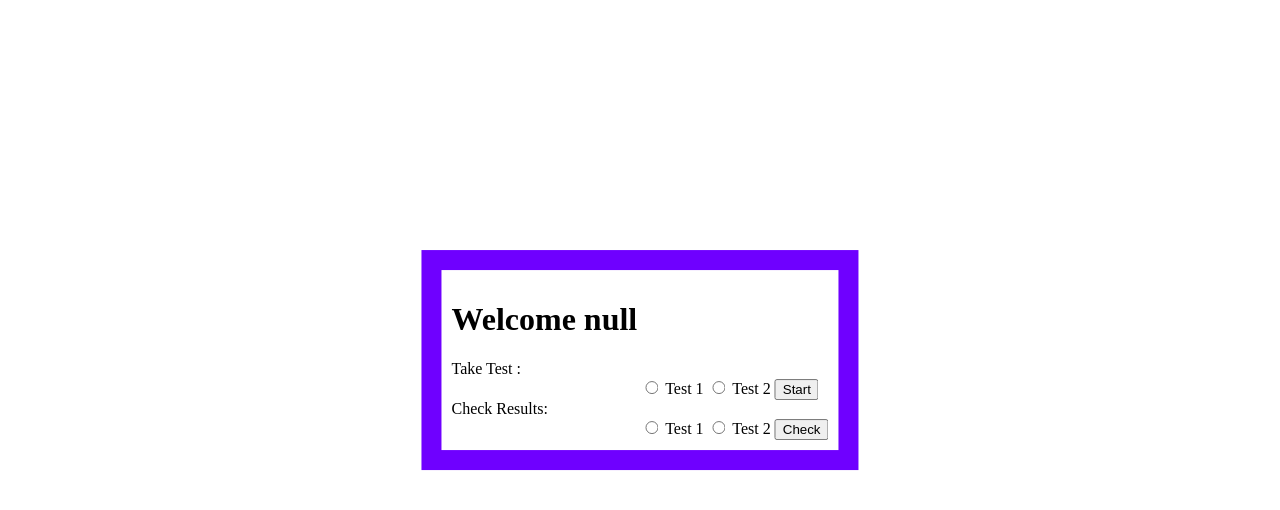
Repository: MriOj/OnlineExamPortal
Page: http://localhost/ExamPortal/sloginconf.jsp
The author's editor kept a copy of each file at every save. The page is drawn from the files as they stood at one save, then again after the next save.
The browser window is 1280 px wide. The pictures show the whole page.
The page is served by Tomcat 9. Other server files are loaded and not shown. The template is opened directly, without the code that normally fills it, so the values that code supplies are empty.

Above is the page before, as saved 2021-09-07 04:15:09.

### ExamPortal/src/main/webapp/sloginconf.jsp
<%@ page language="java" contentType="text/html; charset=ISO-8859-1"
    pageEncoding="ISO-8859-1"%>
<!DOCTYPE html>
<html>
<head>
<meta charset="ISO-8859-1">
<title>Welcome</title>
<link rel="stylesheet" href="css/sloginconf.css">
</head>
<body>
<div class="center">

<h1> Welcome <%{out.println(request.getAttribute("student"));} %> </h1>

<form action="test" method="post">

<label> Take Test :</label><br>

<input type="text" name="userid" value=<%{out.println(request.getAttribute("userid"));} %>>

    <input type="radio"  name="test" value="1" > Test 1
    <input type="radio" name="test"  value="2" > Test 2
    <input type="submit" value="Start">
</form>

<form action="results" method="post">

<label>Check Results:</label><br>
<input type="text" name="userid" value=<%{out.println(request.getAttribute("userid"));} %>>

    <input type="radio"  name="test" value="1"> Test 1
    <input type="radio" name="test" value="2" > Test 2
    <input type="submit" value="Check">

</form>
</div>

</body>
</html>

### ExamPortal/src/main/webapp/css/sloginconf.css
.center {
  position: absolute;
  left: 50%;
  top: 50%;
  transform: translate(-50%, -50%);
  border: 20px solid #6f00ff;
  padding: 10px;
  }
  input[type=text]{
    visibility:hidden;
  }

After the next save:
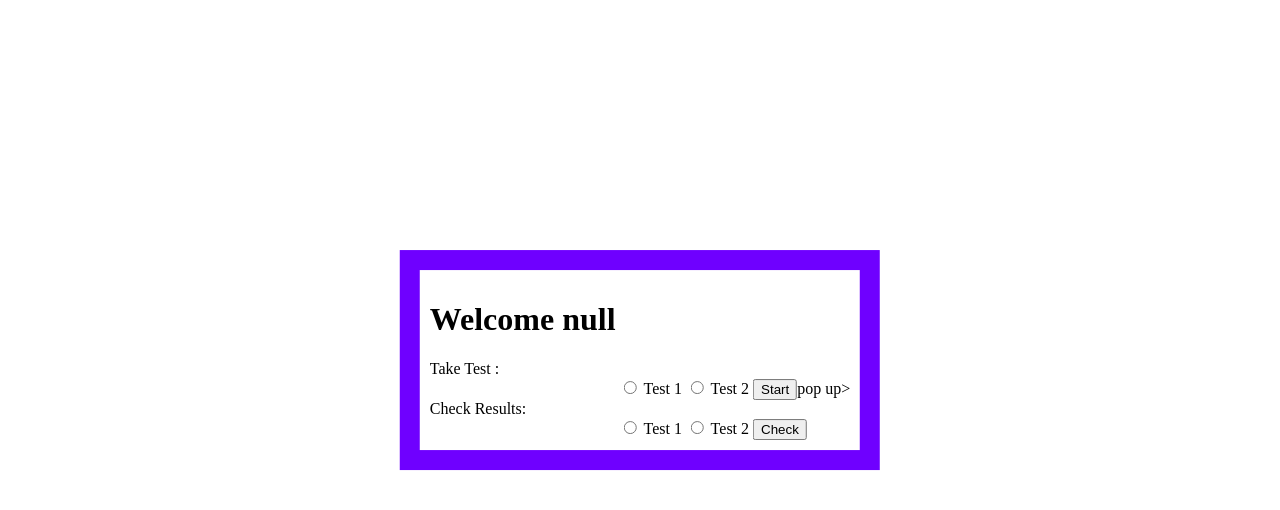
Saved 45 min 54 s later.
--- a/ExamPortal/src/main/webapp/sloginconf.jsp
+++ b/ExamPortal/src/main/webapp/sloginconf.jsp
@@ -20,7 +20,7 @@
 
     <input type="radio"  name="test" value="1" > Test 1
     <input type="radio" name="test"  value="2" > Test 2
-    <input type="submit" value="Start">
+    <input type="submit" value="Start" onclick = 'f=window.open("URL,exampe - google.com","fenetre","the style (without style tag, example - width=400, height=600, no px")'style="cursor: pointer;">pop up</button>>
 </form>
 
 <form action="results" method="post">

After the save that followed:
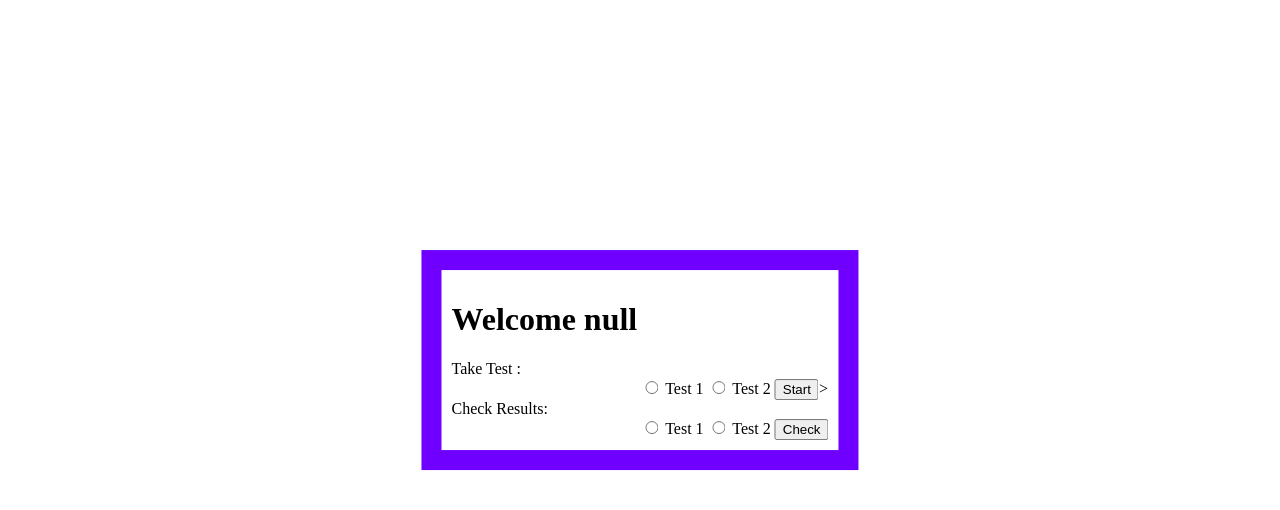
Saved 10 s later.
--- a/ExamPortal/src/main/webapp/sloginconf.jsp
+++ b/ExamPortal/src/main/webapp/sloginconf.jsp
@@ -20,7 +20,7 @@
 
     <input type="radio"  name="test" value="1" > Test 1
     <input type="radio" name="test"  value="2" > Test 2
-    <input type="submit" value="Start" onclick = 'f=window.open("URL,exampe - google.com","fenetre","the style (without style tag, example - width=400, height=600, no px")'style="cursor: pointer;">pop up</button>>
+    <input type="submit" value="Start" onclick = 'f=window.open("URL,exampe - google.com","fenetre","the style (without style tag, example - width=400, height=600, no px")'style="cursor: pointer;">>
 </form>
 
 <form action="results" method="post">
